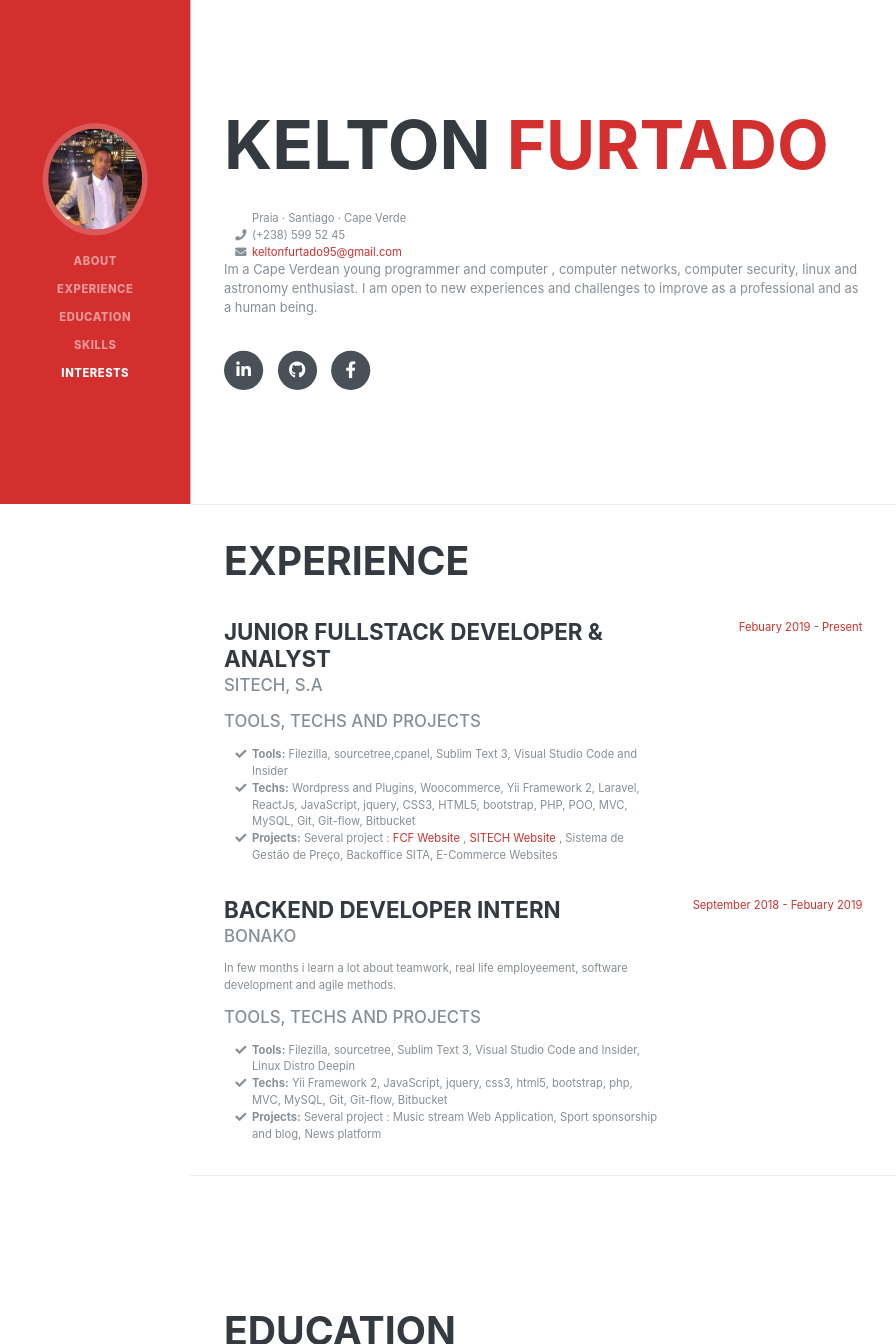
Repository: kcfurtado/kcfurtado.github.io
Page: index.html
The author's editor kept a copy of each file at every save. The page is drawn from the files as they stood at one save, then again after the next save.
The browser window is 1280 px wide. The pictures show the part of the page from y = 0 to 1920 px (the page is 3843 px tall), at 70% of full size.
Some web fonts or font styles are not loaded; a fallback is used.

Above is the page before, as saved 2020-04-04 18:42:59.

### index.html
<!DOCTYPE html>
<html lang="en">

<head>

  <meta charset="utf-8">
  <meta name="viewport" content="width=device-width, initial-scale=1, shrink-to-fit=no">
  <meta name="description" content="">
  <meta name="author" content="">

  <title>Kelton Furtado - Portfolio</title>

  <!-- Bootstrap core CSS -->
  <link href="vendor/bootstrap/css/bootstrap.min.css" rel="stylesheet">

  <!-- Custom fonts for this template -->
  <link href="https://fonts.googleapis.com/css?family=Saira+Extra+Condensed:500,700" rel="stylesheet">
  <link href="https://fonts.googleapis.com/css?family=Muli:400,400i,800,800i" rel="stylesheet">
  <link href="vendor/fontawesome-free/css/all.min.css" rel="stylesheet">

  <!-- Custom styles for this template -->
  <link href="css/resume.min.css" rel="stylesheet">

</head>

<body id="page-top">

  <nav class="navbar navbar-expand-lg navbar-dark bg-primary fixed-top" id="sideNav">
    <a class="navbar-brand js-scroll-trigger" href="#page-top">
      <span class="d-block d-lg-none">Kelton Furtado</span>
      <span class="d-none d-lg-block">
        <img class="img-fluid img-profile rounded-circle mx-auto mb-2" src="img/profile.png" alt="">
      </span>
    </a>
    <button class="navbar-toggler" type="button" data-toggle="collapse" data-target="#navbarSupportedContent" aria-controls="navbarSupportedContent" aria-expanded="false" aria-label="Toggle navigation">
      <span class="navbar-toggler-icon"></span>
    </button>
    <div class="collapse navbar-collapse" id="navbarSupportedContent">
      <ul class="navbar-nav">
        <li class="nav-item">
          <a class="nav-link js-scroll-trigger" href="#about">About</a>
        </li>
        <li class="nav-item">
          <a class="nav-link js-scroll-trigger" href="#experience">Experience</a>
        </li>
        <li class="nav-item">
          <a class="nav-link js-scroll-trigger" href="#education">Education</a>
        </li>
        <li class="nav-item">
          <a class="nav-link js-scroll-trigger" href="#skills">Skills</a>
        </li>
        <li class="nav-item">
          <a class="nav-link js-scroll-trigger" href="#interests">Interests</a>
        </li>
        <!-- <li class="nav-item">
          <a class="nav-link js-scroll-trigger" href="#awards">Awards</a>
        </li> -->
      </ul>
    </div>
  </nav>

  <div class="container-fluid p-0">

    <section class="resume-section p-3 p-lg-5 d-flex align-items-center" id="about">
      <div class="w-100">
        <h1 class="mb-0">Kelton
          <span class="text-primary">Furtado</span>
        </h1>
        <div class="subheading mb-5">
        </div>
        <ul class="fa-ul mb-0">
          <li>
            <i class="fa-li fa-map-marker-plus"></i> Praia · Santiago · Cape Verde
          </li>
          <li>
            <i class="fa-li fa fa-phone"></i>(+238) 599 52 45
          </li>
          <li>
            <i class="fa-li fa fa-envelope"></i> <a target="_blank" href="mailto:kelfurtado28@hotmail.com">keltonfurtado95@gmail.com</a>
          </li>
        </ul>
        <p class="lead mb-5">Im a Cape Verdean young programmer and computer , computer networks, computer security, linux and astronomy enthusiast. I am open to new experiences and challenges to improve as a professional and as a human being.</p>
        <div class="social-icons">
          <a target="_blank" href="https://linkedin.com/in/kelton-furtado">
            <i class="fab fa-linkedin-in"></i>
          </a>
          <a target="_blank" href="https://github.com/kcfurtado/">
            <i class="fab fa-github"></i>
          </a>
          <!--<a href="#">
            <i class="fab fa-twitter"></i>
          </a>-->
          <a target="_blank" href="https://www.facebook.com/kcafurtado">
            <i class="fab fa-facebook-f"></i>
          </a>
        </div>
      </div>
    </section>

    <hr class="m-0">

    <section class="resume-section p-3 p-lg-5 d-flex justify-content-center" id="experience">
      <div class="w-100">
        <h2 class="mb-5">Experience</h2>

        <div class="resume-item d-flex flex-column flex-md-row justify-content-between mb-5">
          <div class="resume-content">
            <h3 class="mb-0">Junior Fullstack Developer &amp; Analyst</h3>
            <div class="subheading mb-3">SITECH, S.A</div>
            <p></p>
            <div class="subheading mb-3">Tools, Techs and projects</div>
            <ul class="fa-ul mb-0">
              <li>
                <i class="fa-li fa fa-check"></i>
                <b>Tools:</b> Filezilla, sourcetree,cpanel, Sublim Text 3, Visual Studio Code and Insider
              </li>
              <li>
                <i class="fa-li fa fa-check"></i>
                <b>Techs:</b> Wordpress and Plugins, Woocommerce, Yii Framework 2, Laravel, ReactJs,  JavaScript, jquery, CSS3, HTML5, bootstrap, PHP, POO, MVC, MySQL, Git, Git-flow, Bitbucket
              </li>
              <li>
                <i class="fa-li fa fa-check"></i>
                <b>Projects:</b> Several project : <a href="#">FCF Website</a> , <a href="#">SITECH Website</a> , Sistema de Gestão de Preço, Backoffice SITA, E-Commerce Websites
              </li>
            </ul>
          </div>
          <div class="resume-date text-md-right">
            <span class="text-primary">Febuary 2019 - Present</span>
          </div>
        </div>

        <div class="resume-item d-flex flex-column flex-md-row justify-content-between">
          <div class="resume-content">
            <h3 class="mb-0">Backend Developer Intern</h3>
            <div class="subheading mb-3">Bonako</div>
            <p> In few months i learn a lot about teamwork, real life employeement, software development and agile methods.</p>
            <div class="subheading mb-3">Tools, Techs and projects</div>
            <ul class="fa-ul mb-0">
              <li>
                <i class="fa-li fa fa-check"></i>
                <b>Tools:</b> Filezilla, sourcetree, Sublim Text 3, Visual Studio Code and Insider, Linux Distro Deepin
              </li>
              <li>
                <i class="fa-li fa fa-check"></i>
                <b>Techs:</b> Yii Framework 2, JavaScript, jquery, css3, html5, bootstrap, php, MVC, MySQL, Git, Git-flow, Bitbucket
              </li>
              <li>
                <i class="fa-li fa fa-check"></i>
                <b>Projects:</b> Several project : Music stream Web Application, Sport sponsorship and blog, News platform
              </li>
            </ul>
          </div>
          <div class="resume-date text-md-right">
            <span class="text-primary">September 2018 - Febuary 2019</span>
          </div>
        </div>

      </div>

    </section>

    <hr class="m-0">

    <section class="resume-section p-3 p-lg-5 d-flex align-items-center" id="education">
      <div class="w-100">
        <h2 class="mb-5">Education</h2>

        <div class="resume-item d-flex flex-column flex-md-row justify-content-between mb-5">
          <div class="resume-content">
            <h3 class="mb-0">University of Cape Verde</h3>
            <div class="subheading mb-3">Computer Engineering</div>
            <div></div>
            <p></p>
          </div>
          <div class="resume-date text-md-right">
            <span class="text-primary">October 2013 - July 2018 </span>
          </div>
        </div>

        <div class="resume-item d-flex flex-column flex-md-row justify-content-between">
          <div class="resume-content">
            <h3 class="mb-0">Fulgêncio Tavares High School</h3>
            <div class="subheading mb-3">Science and Technology</div>
            <p></p>
          </div>
          <div class="resume-date text-md-right">
            <span class="text-primary">September 2007 - July 2013</span>
          </div>
        </div>

      </div>
    </section>

    <hr class="m-0">

    <section class="resume-section p-3 p-lg-5 d-flex align-items-center" id="skills">
      <div class="w-100">
        <h2 class="mb-5">Skills</h2>

        <div class="subheading mb-3">Programming Languages &amp; Tools</div>
        <ul class="list-inline dev-icons">
          <li class="list-inline-item">
            <i class="fab fa-html5"></i>
          </li>
          <li class="list-inline-item">
            <i class="fab fa-css3-alt"></i>
          </li>
          <li class="list-inline-item">
            <i class="fab fa-js-square"></i>
          </li>
          <li class="list-inline-item">
            <i class="fab fa-php"></i>
          </li>
          <li class="list-inline-item">
            <i class="fab fa-laravel"></i>
          </li>
          <li class="list-inline-item">
            <i class="fab fa-yarn"></i>
          </li>
          <li class="list-inline-item">
            <i class="fab fa-node-js"></i>
          </li>
          <li class="list-inline-item">
            <i class="fab fa-bootstrap"></i>
          </li>
          <li class="list-inline-item">
            <i class="fab fa-wordpress"></i>
          </li>
          <li class="list-inline-item">
            <i class="fab fa-yarn"></i>
          </li>
          <li class="list-inline-item">
            <i class="fab fa-git"></i>
          </li>
          <li class="list-inline-item">
            <i class="fab fa-github"></i>
          </li>
          <li class="list-inline-item">
            <i class="fab fa-gitlab"></i>
          </li>
          <li class="list-inline-item">
            <i class="fab fa-bitbucket"></i>
          </li>
          <li class="list-inline-item">
            <i class="fab fa-npm"></i>
          </li>
          <li class="list-inline-item">
            <i class="fab fa-linux"></i>
          </li>
        </ul>

        <!--<div class="subheading mb-3">Workflow</div>
        <ul class="fa-ul mb-0">
          <li>
            <i class="fa-li fa fa-check"></i>
            Web-First, Responsive Design</li>
          <li>
            <i class="fa-li fa fa-check"></i>
            Cross Browser Testing &amp; Debugging</li>
          <li>
            <i class="fa-li fa fa-check"></i>
            Cross Functional Teams</li>
          <!--<li>
            <i class="fa-li fa fa-check"></i>
            Agile Development &amp; Scrum</li>-->
        </ul>
      </div>
    </section>

    <hr class="m-0">

    <section class="resume-section p-3 p-lg-5 d-flex align-items-center" id="interests">
      <div class="w-100">
        <div class="subheading mb-3">Interests</div>
        <ul class="fa-ul mb-0">
          <li>
            <i class="fa-li fa fa-check"></i> Computer network
          </li>
          <li>
            <i class="fa-li fa fa-check"></i> Computer security
          </li>
          <li>
            <i class="fa-li fa fa-check"></i> Linux distros ( Ubuntu, Fedora, Elementary, Deepin, Kali )
          </li>
          <li>
            <i class="fa-li fa fa-check"></i> JavaScript ( ES5, ES6, ES7 )
          </li>
          <li>
            <i class="fa-li fa fa-check"></i> NodeJS
          </li>
          <li>
            <i class="fa-li fa fa-check"></i> Web Services (API REST and RESTFull)
          </li>
          <li>
            <i class="fa-li fa fa-check"></i> ReactJS and React Native
          </li>
          <li>
            <i class="fa-li fa fa-check"></i> PHP
          </li>
          <li>
            <i class="fa-li fa fa-check"></i> PHP Frameworks ( Yii2, Laravel)
          </li>
          <li>
            <i class="fa-li fa fa-check"></i> Open Source Softwares
          </li>
          <li>
            <i class="fa-li fa fa-check"></i> Git, Git-flow, Github, Gitlab, Bitbucket
          </li>
          <li>
            <i class="fa-li fa fa-check"></i> Astronomy (Planets, Stars, Black hole, dark matters )
          </li>
          <li>
            <i class="fa-li fa fa-check"></i> Sports (Football, Handball, Basketball)
          </li>
        </ul>

      </div>
    </section>

    <hr class="m-0">

    <!--<section class="resume-section p-3 p-lg-5 d-flex align-items-center" id="awards">
      <div class="w-100">
        <h2 class="mb-5">Awards &amp; Certifications</h2>
        <ul class="fa-ul mb-0">
          <li>
            <i class="fa-li fa fa-trophy text-warning"></i>
            Google Analytics Certified Developer</li>
          <li>
            <i class="fa-li fa fa-trophy text-warning"></i>
            Mobile Web Specialist - Google Certification</li>
          <li>
            <i class="fa-li fa fa-trophy text-warning"></i>
            1<sup>st</sup>
            Place - University of Colorado Boulder - Emerging Tech Competition 2009</li>
          <li>
            <i class="fa-li fa fa-trophy text-warning"></i>
            1<sup>st</sup>
            Place - University of Colorado Boulder - Adobe Creative Jam 2008 (UI Design Category)</li>
          <li>
            <i class="fa-li fa fa-trophy text-warning"></i>
            2<sup>nd</sup>
            Place - University of Colorado Boulder - Emerging Tech Competition 2008</li>
          <li>
            <i class="fa-li fa fa-trophy text-warning"></i>
            1<sup>st</sup>
            Place - James Buchanan High School - Hackathon 2006</li>
          <li>
            <i class="fa-li fa fa-trophy text-warning"></i>
            3<sup>rd</sup>
            Place - James Buchanan High School - Hackathon 2005</li>
        </ul>
      </div>
    </section>
  -->

  </div>

  <!-- Bootstrap core JavaScript -->
  <script src="vendor/jquery/jquery.min.js"></script>
  <script src="vendor/bootstrap/js/bootstrap.bundle.min.js"></script>

  <!-- Plugin JavaScript -->
  <script src="vendor/jquery-easing/jquery.easing.min.js"></script>

  <!-- Custom scripts for this template -->
  <script src="js/resume.min.js"></script>

</body>

</html>

### css/resume.min.css
/*!
 * Start Bootstrap - Resume v5.0.8 (https://startbootstrap.com/template-overviews/resume)
 * Copyright 2013-2019 Start Bootstrap
 * Licensed under MIT (https://github.com/BlackrockDigital/startbootstrap-resume/blob/master/LICENSE)
 */body{font-family:Muli,-apple-system,BlinkMacSystemFont,'Segoe UI',Roboto,'Helvetica Neue',Arial,sans-serif,'Apple Color Emoji','Segoe UI Emoji','Segoe UI Symbol','Noto Color Emoji';padding-top:54px;color:#868e96}@media (min-width:992px){body{padding-top:0;padding-left:17rem}}h1,h2,h3,h4,h5,h6{font-family:'Saira Extra Condensed',-apple-system,BlinkMacSystemFont,'Segoe UI',Roboto,'Helvetica Neue',Arial,sans-serif,'Apple Color Emoji','Segoe UI Emoji','Segoe UI Symbol','Noto Color Emoji';font-weight:700;text-transform:uppercase;color:#343a40}h1{font-size:6rem;line-height:5.5rem}h2{font-size:3.5rem}h3{font-size:2rem}p.lead{font-size:1.15rem;font-weight:400}.subheading{text-transform:uppercase;font-weight:500;font-family:'Saira Extra Condensed',-apple-system,BlinkMacSystemFont,'Segoe UI',Roboto,'Helvetica Neue',Arial,sans-serif,'Apple Color Emoji','Segoe UI Emoji','Segoe UI Symbol','Noto Color Emoji';font-size:1.5rem}.social-icons a{display:inline-block;height:3.5rem;width:3.5rem;background-color:#495057;color:#fff!important;border-radius:100%;text-align:center;font-size:1.5rem;line-height:3.5rem;margin-right:1rem}.social-icons a:last-child{margin-right:0}.social-icons a:hover{background-color:#d32f2f}.dev-icons{font-size:3rem}.dev-icons .list-inline-item i:hover{color:#d32f2f}#sideNav .navbar-nav .nav-item .nav-link{font-weight:800;letter-spacing:.05rem;text-transform:uppercase}#sideNav .navbar-toggler:focus{outline-color:#9a0007}@media (min-width:992px){#sideNav{text-align:center;position:fixed;top:0;left:0;display:flex;flex-direction:column;width:17rem;height:100vh}#sideNav .navbar-brand{display:flex;margin:auto auto 0;padding:.5rem}#sideNav .navbar-brand .img-profile{max-width:10rem;max-height:10rem;border:.5rem solid rgba(255,255,255,.2)}#sideNav .navbar-collapse{display:flex;align-items:flex-start;flex-grow:0;width:100%;margin-bottom:auto}#sideNav .navbar-collapse .navbar-nav{flex-direction:column;width:100%}#sideNav .navbar-collapse .navbar-nav .nav-item{display:block}#sideNav .navbar-collapse .navbar-nav .nav-item .nav-link{display:block}}section.resume-section{padding-top:5rem!important;padding-bottom:5rem!important;max-width:75rem}section.resume-section .resume-item .resume-date{min-width:none}@media (min-width:768px){section.resume-section{min-height:100vh}section.resume-section .resume-item .resume-date{min-width:18rem}}@media (min-width:992px){section.resume-section{padding-top:3rem!important;padding-bottom:3rem!important}}.bg-primary{background-color:#d32f2f!important}.text-primary{color:#d32f2f!important}a{color:#d32f2f}a:active,a:focus,a:hover{color:#9a0007}

Loaded but not shown: vendor/bootstrap/css/bootstrap.min.css (library); vendor/fontawesome-free/css/all.min.css (library); vendor/jquery/jquery.min.js (library); vendor/bootstrap/js/bootstrap.bundle.min.js (library); vendor/jquery-easing/jquery.easing.min.js (common file); js/resume.min.js (common file)

After the next save:
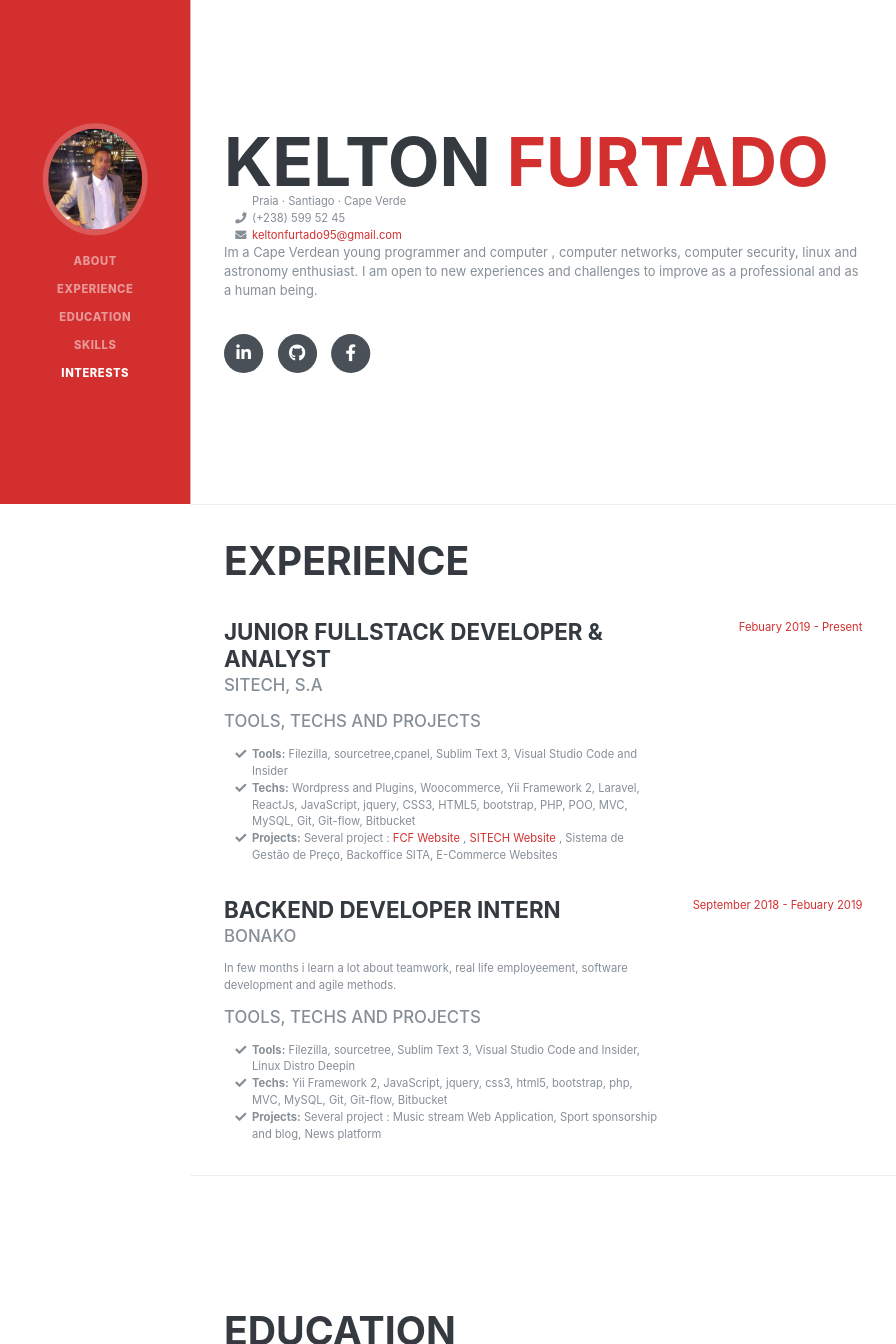
Saved 17 s later.
--- a/index.html
+++ b/index.html
@@ -66,8 +66,7 @@
         <h1 class="mb-0">Kelton
           <span class="text-primary">Furtado</span>
         </h1>
-        <div class="subheading mb-5">
-        </div>
+
         <ul class="fa-ul mb-0">
           <li>
             <i class="fa-li fa-map-marker-plus"></i> Praia · Santiago · Cape Verde
